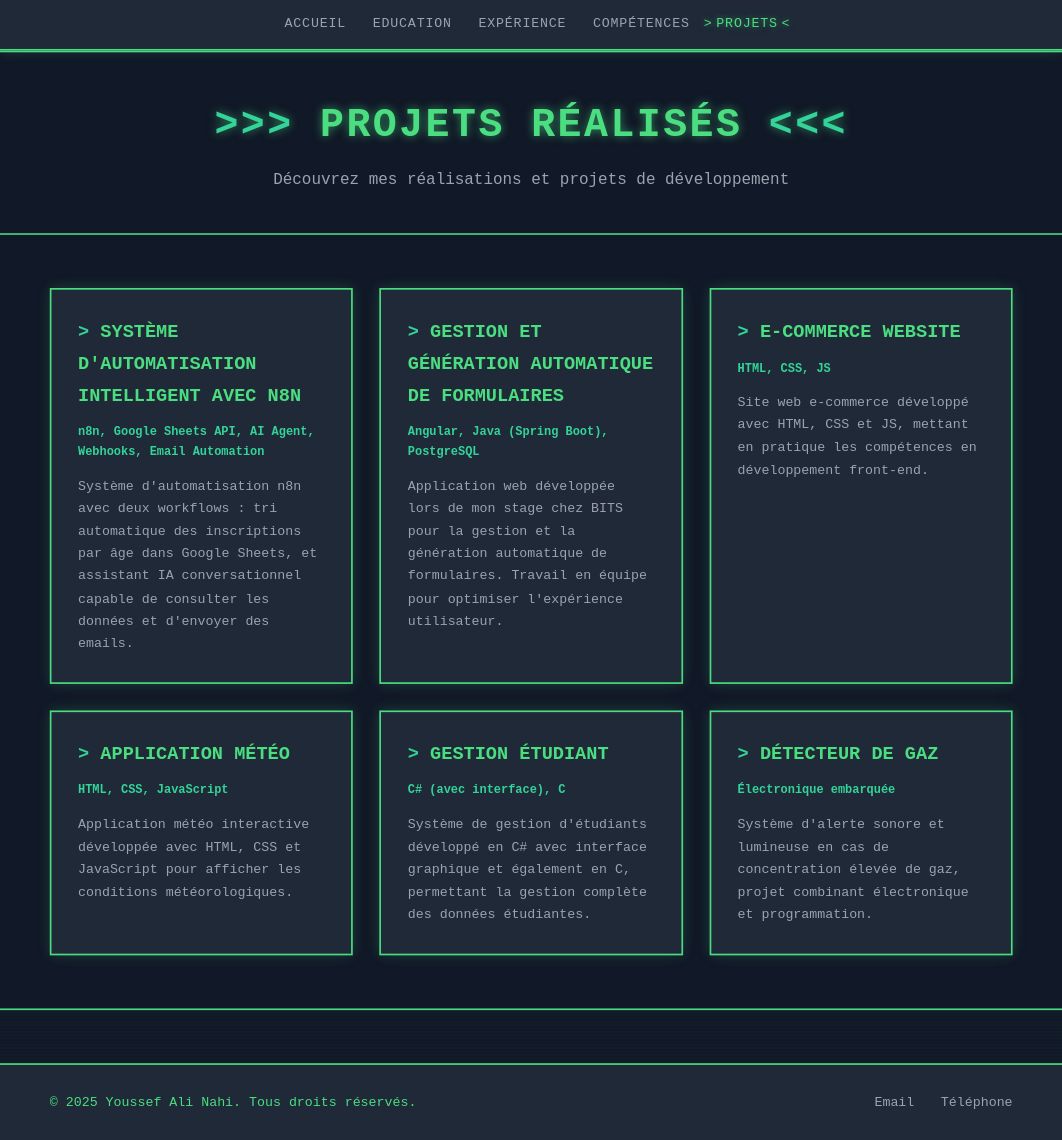
Repository: Youssef-Nahi504/My_Portfolio
Page: projets.html
The author's editor kept a copy of each file at every save. The page is drawn from the files as they stood at one save, then again after the next save.
The browser window is 1280 px wide. The pictures show the whole page, at 83% of full size.

Above is the page before, as saved 2025-12-21 16:54:51.
Console error: TypeError: Cannot set properties of null (setting 'textContent')

### projets.html
<!DOCTYPE html>
<html lang="fr">

<head>
    <meta charset="UTF-8">
    <meta name="viewport" content="width=device-width, initial-scale=1.0">
    <title>Projets - Youssef Ali Nahi</title>
    <link rel="stylesheet" href="style.css">
</head>

<body>
    <nav class="navbar">
        <div class="nav-container">
            <ul class="nav-menu">
                <li><a href="index.html">Accueil</a></li>
                <li><a href="Education.html">Education</a></li>
                <li><a href="experience.html">Expérience</a></li>
                <li><a href="competences.html">Compétences</a></li>
                <li><a href="projets.html" class="active">Projets</a></li>
            </ul>
            <div class="hamburger">
                <span></span>
                <span></span>
                <span></span>
            </div>
        </div>
    </nav>

    <main>
        <section class="page-header">
            <div class="container">
                <h1>Projets Réalisés</h1>
                <p>Découvrez mes réalisations et projets de développement</p>
            </div>
        </section>

        <section class="projects-section">
            <div class="container">
                <div class="projects-grid">
                    <div class="project-card">
                        <h3>Système d'Automatisation Intelligent avec n8n</h3>
                        <p class="project-tech">n8n, Google Sheets API, AI Agent, Webhooks, Email Automation</p>
                        <p class="project-description">
Système d'automatisation n8n avec deux workflows : tri automatique des inscriptions par âge dans Google Sheets, et assistant IA conversationnel capable de consulter les données et d'envoyer des emails.                        </p>
                    </div>

                    <div class="project-card">
                        <h3>Gestion et Génération Automatique de Formulaires</h3>
                        <p class="project-tech">Angular, Java (Spring Boot), PostgreSQL</p>
                        <p class="project-description">
                            Application web développée lors de mon stage chez BITS pour la gestion et la génération
                            automatique de formulaires. Travail en équipe pour optimiser l'expérience utilisateur.
                        </p>
                    </div>

                    <div class="project-card">
                        <h3>E-commerce Website</h3>
                        <p class="project-tech">HTML, CSS, JS</p>
                        <p class="project-description">
                            Site web e-commerce développé avec HTML, CSS et JS, mettant en pratique les compétences en
                            développement front-end.
                        </p>
                    </div>

                    <div class="project-card">
                        <h3>Application Météo</h3>
                        <p class="project-tech">HTML, CSS, JavaScript</p>
                        <p class="project-description">
                            Application météo interactive développée avec HTML, CSS et JavaScript pour afficher les
                            conditions météorologiques.
                        </p>
                    </div>

                    <div class="project-card">
                        <h3>Gestion Étudiant</h3>
                        <p class="project-tech">C# (avec interface), C</p>
                        <p class="project-description">
                            Système de gestion d'étudiants développé en C# avec interface graphique et également en C,
                            permettant la gestion complète des données étudiantes.
                        </p>
                    </div>

                    <div class="project-card">
                        <h3>Détecteur de Gaz</h3>
                        <p class="project-tech">Électronique embarquée</p>
                        <p class="project-description">
                            Système d'alerte sonore et lumineuse en cas de concentration élevée de gaz, projet combinant
                            électronique et programmation.
                        </p>
                    </div>
                </div>
            </div>
        </section>
    </main>

    <footer>
        <div class="container">
            <p>&copy; 2025 Youssef Ali Nahi. Tous droits réservés.</p>
            <div class="footer-links">
                <a href="mailto:nahiyoussef02@gmail.com">Email</a>
                <a href="tel:+212619303473">Téléphone</a>
            </div>
        </div>
    </footer>

    <script src="file.js"></script>
</body>

</html>

### style.css
* {
    margin: 0;
    padding: 0;
    box-sizing: border-box;
}

:root {
    --primary-color: #4ade80;
    --primary-dark: #22c55e;
    --secondary-color: #60a5fa;
    --accent-color: #34d399;
    --text-dark: #d1d5db;
    --text-light: #9ca3af;
    --bg-light: #111827;
    --bg-white: #1f2937;
    --border-color: #4ade80;
    --shadow: 0 0 15px rgba(74, 222, 128, 0.2);
    --shadow-lg: 0 0 25px rgba(74, 222, 128, 0.3);
}

body {
    font-family: 'Courier New', Courier, monospace;
    line-height: 1.7;
    color: var(--text-dark);
    background-color: var(--bg-light);
    background-image:
        repeating-linear-gradient(0deg, transparent, transparent 2px, rgba(74, 222, 128, 0.02) 2px, rgba(74, 222, 128, 0.02) 4px);
}

.container {
    max-width: 1200px;
    margin: 0 auto;
    padding: 0 20px;
}

/* Navigation */
.navbar {
    background: var(--bg-white);
    border-bottom: 2px solid var(--primary-color);
    box-shadow: var(--shadow);
    position: sticky;
    top: 0;
    z-index: 1000;
    padding: 1rem 0;
}

.nav-container {
    max-width: 1200px;
    margin: 0 auto;
    padding: 0 20px;
    display: flex;
  justify-content: center; /* horizontal */
  align-items: center;
}

.logo {
    font-size: 1.5rem;
    font-weight: bold;
    color: var(--primary-color);
    letter-spacing: 2px;
}

.nav-menu {
    display: flex;
    list-style: none;
    gap: 2rem;
}

.nav-menu a {
    text-decoration: none;
    color: var(--text-light);
    font-weight: 500;
    transition: all 0.3s ease;
    position: relative;
    text-transform: uppercase;
    letter-spacing: 1px;
}

.nav-menu a:hover,
.nav-menu a.active {
    color: var(--primary-color);
    text-shadow: 0 0 8px rgba(74, 222, 128, 0.5);
}

.nav-menu a.active::after {
    content: '>';
    position: absolute;
    left: -15px;
    color: var(--primary-color);
}

.nav-menu a.active::before {
    content: '<';
    position: absolute;
    right: -15px;
    color: var(--primary-color);
}

.hamburger {
    display: none;
    flex-direction: column;
    cursor: pointer;
    gap: 4px;
}

.hamburger span {
    width: 25px;
    height: 3px;
    background: var(--text-dark);
    transition: all 0.3s ease;
}

/* Hero Section */
.hero {
    background: var(--bg-light);
    color: var(--primary-color);
    padding: 4rem 0;
    min-height: 80vh;
    display: flex;
    align-items: center;
    border-top: 2px solid var(--primary-color);
    border-bottom: 2px solid var(--primary-color);
    position: relative;
}

.hero::before {
    content: '';
    position: absolute;
    top: 2rem;
    left: 2rem;
    color: var(--accent-color);
    font-size: 2rem;
    font-weight: bold;
    opacity: 0.7;
}

.hero::after {
    content: '>';
    position: absolute;
    bottom: 2rem;
    right: 2rem;
    color: var(--accent-color);
    font-size: 2rem;
    font-weight: bold;
    animation: blink 1s infinite;
    opacity: 0.7;
}

.hero-content {
    max-width: 1200px;
    margin: 0 auto;
    padding: 0 20px;
    display: grid;
    grid-template-columns: 1fr 1fr;
    gap: 3rem;
    align-items: center;
}

#typing-text {
  font-size: 42px;
  font-weight: 700;
  color: #ffffff;
  min-height: 60px;
  margin-bottom: 2rem;
}

#typing-text::after {
  content: "|";
  margin-left: 6px;
  animation: blink 1s infinite;
}

@keyframes blink {
  0%, 50%, 100% { opacity: 1; }
  25%, 75% { opacity: 0; }
}

.hero-text h1 {
    font-size: 3rem;
    margin-bottom: 0.5rem;
    font-weight: 700;
    color: var(--primary-color);
    text-shadow: 0 0 12px rgba(74, 222, 128, 0.6);
    font-family: 'Courier New', Courier, monospace;
}

.hero-text h2 {
    font-size: 1.5rem;
    margin-bottom: 1.5rem;
    color: var(--accent-color);
    font-weight: 400;
    font-family: 'Courier New', Courier, monospace;
}

.hero-subtitle {
    font-size: 1.1rem;
    margin-bottom: 2rem;
    color: var(--text-light);
    line-height: 1.8;
    font-family: 'Courier New', Courier, monospace;
}

.hero-buttons {
    display: flex;
    gap: 1rem;
    flex-wrap: wrap;
}

.btn {
    padding: 0.75rem 2rem;
    border-radius: 8px;
    text-decoration: none;
    font-weight: 600;
    transition: all 0.3s ease;
    display: inline-block;
}

.btn-primary {
    background: transparent;
    color: var(--primary-color);
    border: 2px solid var(--primary-color);
    font-family: 'Courier New', Courier, monospace;
    text-transform: uppercase;
    letter-spacing: 2px;
}

.btn-primary:hover {
    background: var(--primary-color);
    color: var(--bg-light);
    box-shadow: var(--shadow-lg);
    text-shadow: none;
}

.btn-secondary {
    background: transparent;
    color: var(--accent-color);
    border: 2px solid var(--accent-color);
    font-family: 'Courier New', Courier, monospace;
    text-transform: uppercase;
    letter-spacing: 2px;
}

.btn-secondary:hover {
    background: var(--accent-color);
    color: var(--bg-light);
    box-shadow: 0 0 20px var(--accent-color);
}

.profile-card {
    background: var(--bg-white);
    border-radius: 0;
    padding: 2rem;
    border: 2px solid var(--primary-color);
    box-shadow: var(--shadow);
    font-family: 'Courier New', Courier, monospace;
}

.profile-card::before {
    content: '┌─ INFO ─────────────────────────┐';
    display: block;
    color: var(--primary-color);
    margin-bottom: 1rem;
    font-size: 0.9rem;
}

.profile-card::after {
    content: '└────────────────────────────────┘';
    display: block;
    color: var(--primary-color);
    margin-top: 1rem;
    font-size: 0.9rem;
}

.profile-info p {
    margin-bottom: 1rem;
    font-size: 1rem;
    color: var(--text-light);
    font-family: 'Courier New', Courier, monospace;
}

.profile-info p::before {
    content: '> ';
    color: var(--accent-color);
    opacity: 0.8;
}

.profile-info strong {
    display: inline-block;
    width: 150px;
}

/* About Section */
.about {
    padding: 4rem 0;
    background: var(--bg-light);
    border-top: 2px solid var(--primary-color);
    border-bottom: 2px solid var(--primary-color);
}

.section-title {
    font-size: 2.5rem;
    margin-bottom: 2rem;
    text-align: center;
    color: var(--primary-color);
    font-family: 'Courier New', Courier, monospace;
    text-transform: uppercase;
    letter-spacing: 3px;
    text-shadow: 0 0 12px rgba(74, 222, 128, 0.5);
}

.section-title::before {
    content: '>>> ';
    color: var(--accent-color);
}

.section-title::after {
    content: ' <<<';
    color: var(--accent-color);
}

.about-content {
    max-width: 800px;
    margin: 0 auto 3rem;
    text-align: center;
}

.about-content p {
    font-size: 1.1rem;
    color: var(--text-light);
    margin-bottom: 1.5rem;
    line-height: 1.8;
    font-family: 'Courier New', Courier, monospace;
}

.about-content p::before {
    content: '';
    color: var(--accent-color);
    opacity: 0.8;
}

.quick-links {
    display: grid;
    grid-template-columns: repeat(auto-fit, minmax(250px, 1fr));
    gap: 2rem;
    margin-top: 3rem;
}

.quick-link-card {
    background: var(--bg-white);
    padding: 2rem;
    border-radius: 0;
    text-decoration: none;
    color: var(--text-dark);
    box-shadow: var(--shadow);
    transition: all 0.3s ease;
    border: 2px solid var(--primary-color);
    font-family: 'Courier New', Courier, monospace;
}

.quick-link-card:hover {
    transform: translateY(-5px);
    box-shadow: var(--shadow-lg);
    border-color: var(--accent-color);
    background: rgba(0, 255, 255, 0.1);
}

.quick-link-card h3 {
    color: var(--primary-color);
    margin-bottom: 0.5rem;
    font-size: 1.5rem;
    font-family: 'Courier New', Courier, monospace;
    text-transform: uppercase;
}

.quick-link-card h3::before {
    content: '> ';
    color: var(--accent-color);
}

.quick-link-card p {
    color: var(--text-light);
}

/* Page Header */
.page-header {
    background: var(--bg-light);
    color: var(--primary-color);
    padding: 3rem 0;
    text-align: center;
    border-top: 2px solid var(--primary-color);
    border-bottom: 2px solid var(--primary-color);
    font-family: 'Courier New', Courier, monospace;
}

.page-header h1 {
    font-size: 3rem;
    margin-bottom: 0.5rem;
    color: var(--primary-color);
    text-shadow: 0 0 12px rgba(74, 222, 128, 0.6);
    text-transform: uppercase;
    letter-spacing: 3px;
}

.page-header h1::before {
    content: '>>> ';
    color: var(--accent-color);
}

.page-header h1::after {
    content: ' <<<';
    color: var(--accent-color);
}

.page-header p {
    font-size: 1.2rem;
    color: var(--text-light);
}

/* Experience Section */
.experience-section {
    padding: 4rem 0;
    background: var(--bg-light);
    border-bottom: 2px solid var(--primary-color);
}

.timeline {
    position: relative;
    max-width: 900px;
    margin: 0 auto;
    padding: 2rem 0;
}

.timeline::before {
    content: '';
    position: absolute;
    left: 30px;
    top: 0;
    bottom: 0;
    width: 2px;
    background: var(--border-color);
}

.timeline-item {
    position: relative;
    margin-bottom: 3rem;
    padding-left: 80px;
}

.timeline-marker {
    position: absolute;
    left: 22px;
    top: 0;
    width: 16px;
    height: 16px;
    border-radius: 50%;
    background: var(--primary-color);
    border: 4px solid var(--bg-white);
    box-shadow: var(--shadow);
}

.timeline-content {
    background: var(--bg-white);
    padding: 2rem;
    border-radius: 0;
    box-shadow: var(--shadow);
    transition: all 0.3s ease;
    border: 2px solid var(--primary-color);
    font-family: 'Courier New', Courier, monospace;
}

.timeline-content:hover {
    box-shadow: var(--shadow-lg);
    transform: translateX(5px);
}

.timeline-date {
    color: var(--primary-color);
    font-weight: 600;
    margin-bottom: 0.5rem;
    font-size: 0.9rem;
}

.timeline-content h3 {
    color: var(--primary-color);
    margin-bottom: 0.25rem;
    font-size: 1.5rem;
    font-family: 'Courier New', Courier, monospace;
    text-transform: uppercase;
}

.timeline-content h3::before {
    content: '> ';
    color: var(--accent-color);
}

.timeline-content h4 {
    color: var(--accent-color);
    margin-bottom: 1rem;
    font-weight: 500;
    font-family: 'Courier New', Courier, monospace;
}

.timeline-content ul {
    list-style: none;
    padding-left: 0;
}

.timeline-content li {
    padding-left: 1.5rem;
    position: relative;
    margin-bottom: 0.5rem;
    color: var(--text-light);
}

.timeline-content li::before {
    content: '';
    position: absolute;
    left: 0;
    color: var(--primary-color);
    font-weight: bold;
}

/* Education Section */
.education-section {
    padding: 4rem 0;
    background: var(--bg-light);
}

.education-grid {
    display: grid;
    grid-template-columns: repeat(auto-fit, minmax(300px, 1fr));
    gap: 2rem;
    max-width: 900px;
    margin: 0 auto;
}

.education-card {
    background: var(--bg-white);
    padding: 2rem;
    border-radius: 0;
    box-shadow: var(--shadow);
    transition: all 0.3s ease;
    border: 2px solid var(--primary-color);
    font-family: 'Courier New', Courier, monospace;
}

.education-card:hover {
    transform: translateY(-5px);
    box-shadow: var(--shadow-lg);
}

.education-year {
    color: var(--primary-color);
    font-weight: 600;
    margin-bottom: 1rem;
    font-size: 0.9rem;
}

.education-card h3 {
    color: var(--primary-color);
    margin-bottom: 0.5rem;
    font-size: 1.3rem;
    text-transform: uppercase;
}

.education-card h3::before {
    content: '> ';
    color: var(--accent-color);
}

.education-card h4 {
    color: var(--accent-color);
    margin-bottom: 1rem;
    font-weight: 500;
}

.education-institution {
    color: var(--text-light);
    font-style: italic;
}

/* Skills Section */
.skills-section {
    padding: 4rem 0;
    background: var(--bg-light);
    border-bottom: 2px solid var(--primary-color);
}

.skills-category {
    margin-bottom: 4rem;
}

.category-title {
    font-size: 2rem;
    margin-bottom: 2rem;
    color: var(--primary-color);
    text-align: center;
    font-family: 'Courier New', Courier, monospace;
    text-transform: uppercase;
    letter-spacing: 3px;
    text-shadow: 0 0 12px rgba(74, 222, 128, 0.5);
}

.category-title::before {
    content: '>>> ';
    color: var(--accent-color);
}

.category-title::after {
    content: ' <<<';
    color: var(--accent-color);
}

.skills-grid {
    display: grid;
    grid-template-columns: repeat(auto-fit, minmax(250px, 1fr));
    gap: 2rem;
}

.skill-group {
    background: var(--bg-white);
    padding: 1.5rem;
    border-radius: 0;
    border: 2px solid var(--primary-color);
    font-family: 'Courier New', Courier, monospace;
}

.skill-group h3 {
    color: var(--primary-color);
    margin-bottom: 1rem;
    font-size: 1.2rem;
    text-transform: uppercase;
}

.skill-group h3::before {
    content: '> ';
    color: var(--accent-color);
}

.skill-tags {
    display: flex;
    flex-wrap: wrap;
    gap: 0.5rem;
}

.skill-tag {
    background: transparent;
    color: var(--accent-color);
    padding: 0;
    border-radius: 0;
    font-size: 1rem;
    font-weight: 500;
}

.soft-skills-grid {
    display: grid;
    grid-template-columns: repeat(auto-fit, minmax(200px, 1fr));
    gap: 1.5rem;
}

.soft-skill-card {
    background: var(--bg-white);
    color: var(--primary-color);
    padding: 2rem;
    border-radius: 0;
    text-align: center;
    transition: all 0.3s ease;
    border: 2px solid var(--primary-color);
    font-family: 'Courier New', Courier, monospace;
}

.soft-skill-card:hover {
    transform: translateY(-5px);
    box-shadow: var(--shadow-lg);
}

.soft-skill-card h3 {
    font-size: 1.2rem;
    text-transform: uppercase;
}

.soft-skill-card h3::before {
    content: '> ';
    color: var(--accent-color);
}

.languages-grid,
.interests-grid {
    display: grid;
    grid-template-columns: repeat(auto-fit, minmax(200px, 1fr));
    gap: 1.5rem;
}

.language-card,
.interest-card {
    background: var(--bg-white);
    padding: 2rem;
    border-radius: 0;
    box-shadow: var(--shadow);
    text-align: center;
    transition: all 0.3s ease;
    border: 2px solid var(--primary-color);
    font-family: 'Courier New', Courier, monospace;
}

.language-card:hover,
.interest-card:hover {
    transform: translateY(-5px);
    box-shadow: var(--shadow-lg);
}

.language-card h3,
.interest-card h3 {
    color: var(--primary-color);
    margin-bottom: 0.5rem;
    font-size: 1.3rem;
    text-transform: uppercase;
}

.language-card h3::before,
.interest-card h3::before {
    content: '> ';
    color: var(--accent-color);
}

.language-card p {
    color: var(--text-light);
    font-weight: 500;
}

/* Projects Section */
.projects-section {
    padding: 4rem 0;
    background: var(--bg-light);
    border-bottom: 2px solid var(--primary-color);
}

.projects-grid {
    display: grid;
    grid-template-columns: repeat(auto-fit, minmax(300px, 1fr));
    gap: 2rem;
}

.project-card {
    background: var(--bg-white);
    padding: 2rem;
    border-radius: 0;
    box-shadow: var(--shadow);
    transition: all 0.3s ease;
    border: 2px solid var(--primary-color);
    position: relative;
    font-family: 'Courier New', Courier, monospace;
}

.project-badge {
    position: absolute;
    top: 1rem;
    right: 1rem;
    background: linear-gradient(135deg, var(--primary-color) 0%, var(--accent-color) 100%);
    color: white;
    padding: 0.4rem 0.8rem;
    border-radius: 20px;
    font-size: 0.75rem;
    font-weight: 600;
    text-transform: uppercase;
    letter-spacing: 0.5px;
}

.project-card:hover {
    transform: translateY(-5px);
    box-shadow: var(--shadow-lg);
}

.project-icon {
    font-size: 3rem;
    margin-bottom: 1rem;
}

.project-card h3 {
    color: var(--primary-color);
    margin-bottom: 0.75rem;
    font-size: 1.4rem;
    text-transform: uppercase;
}

.project-card h3::before {
    content: '> ';
    color: var(--accent-color);
}

.project-tech {
    color: var(--accent-color);
    font-weight: 600;
    margin-bottom: 1rem;
    font-size: 0.9rem;
    font-family: 'Courier New', Courier, monospace;
}

.project-description {
    color: var(--text-light);
    line-height: 1.7;
    font-family: 'Courier New', Courier, monospace;
}

.project-description::before {
    content: '';
    color: var(--accent-color);
    opacity: 0.8;
}

/* Footer */
footer {
    background: var(--bg-white);
    color: var(--primary-color);
    padding: 2rem 0;
    margin-top: 4rem;
    border-top: 2px solid var(--primary-color);
    font-family: 'Courier New', Courier, monospace;
}

footer .container {
    display: flex;
    justify-content: space-between;
    align-items: center;
    flex-wrap: wrap;
    gap: 1rem;
}

.footer-links {
    display: flex;
    gap: 2rem;
}

.footer-links a {
    color: var(--text-light);
    text-decoration: none;
    transition: color 0.3s ease;
}

.footer-links a:hover {
    color: var(--primary-color);
    text-shadow: 0 0 8px rgba(74, 222, 128, 0.5);
}

/* Responsive Design */
@media (max-width: 768px) {
    .hamburger {
        display: flex;
    }

    .nav-menu {
        position: fixed;
        left: -100%;
        top: 70px;
        flex-direction: column;
        background: var(--bg-white);
        width: 100%;
        text-align: center;
        transition: 0.3s;
        box-shadow: var(--shadow);
        padding: 2rem 0;
        gap: 0;
    }

    .nav-menu.active {
        left: 0;
    }

    .nav-menu li {
        margin: 1rem 0;
    }

    .hero-content {
        grid-template-columns: 1fr;
        text-align: center;
    }

    .hero-text h1 {
        font-size: 2rem;
    }

    .hero-text h2 {
        font-size: 1.2rem;
    }

    .section-title {
        font-size: 2rem;
    }

    .page-header h1 {
        font-size: 2rem;
    }

    .timeline::before {
        left: 15px;
    }

    .timeline-item {
        padding-left: 50px;
    }

    .timeline-marker {
        left: 7px;
    }

    .quick-links {
        grid-template-columns: 1fr;
    }

    footer .container {
        flex-direction: column;
        text-align: center;
    }
}

@media (max-width: 480px) {
    .hero {
        padding: 2rem 0;
        min-height: auto;
    }

    .hero-text h1 {
        font-size: 1.5rem;
    }

    .btn {
        padding: 0.6rem 1.5rem;
        font-size: 0.9rem;
    }

    .projects-grid,
    .education-grid {
        grid-template-columns: 1fr;
    }
}

Loaded but not shown: file.js (136 lines, source omitted)

After the next save:
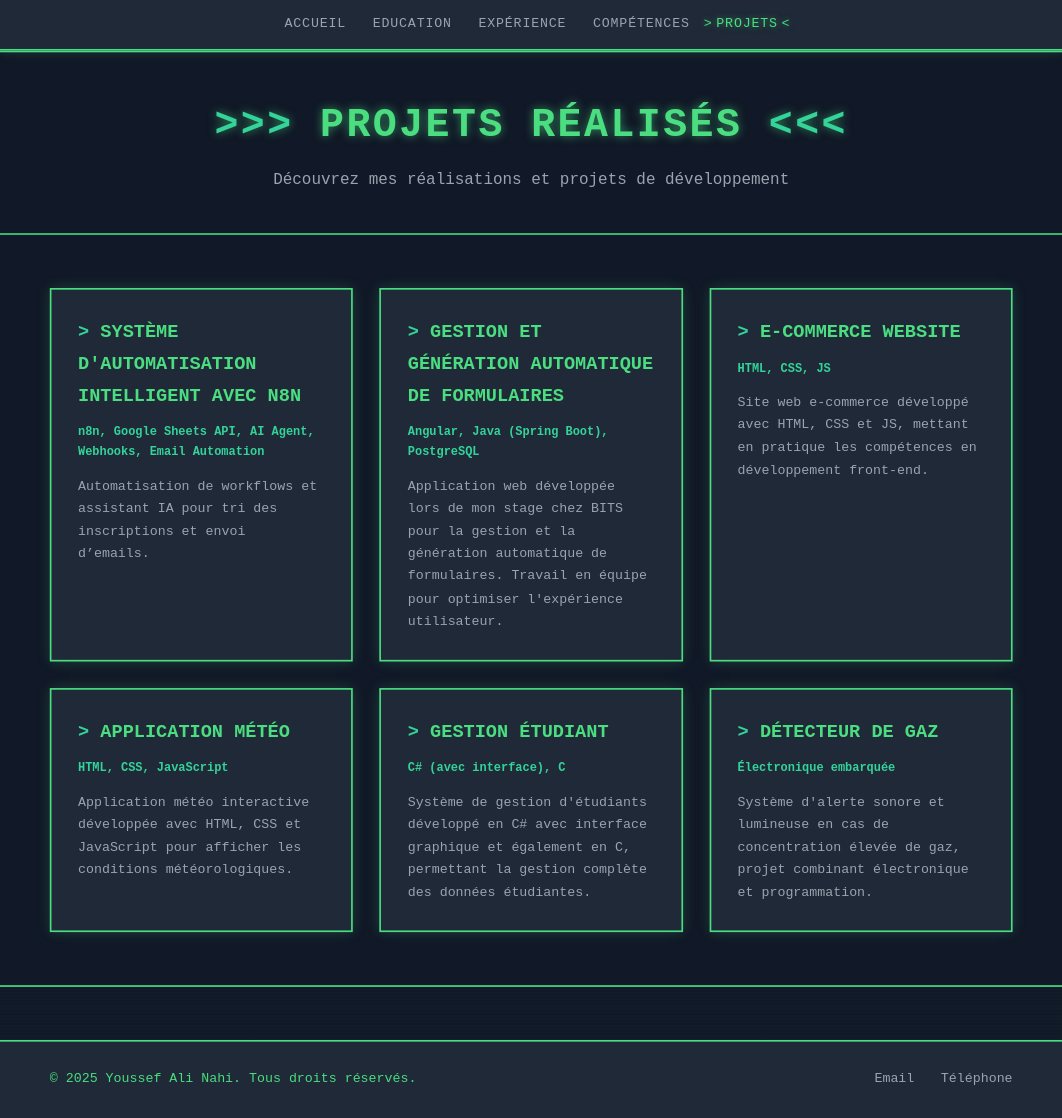
Saved 3 min 57 s later.
--- a/projets.html
+++ b/projets.html
@@ -41,8 +41,7 @@
                         <h3>Système d'Automatisation Intelligent avec n8n</h3>
                         <p class="project-tech">n8n, Google Sheets API, AI Agent, Webhooks, Email Automation</p>
                         <p class="project-description">
-Système d'automatisation n8n avec deux workflows : tri automatique des inscriptions par âge dans Google Sheets, et assistant IA conversationnel capable de consulter les données et d'envoyer des emails.                        </p>
-                    </div>
+Automatisation de workflows et assistant IA pour tri des inscriptions et envoi d’emails.                    </div>
 
                     <div class="project-card">
                         <h3>Gestion et Génération Automatique de Formulaires</h3>
